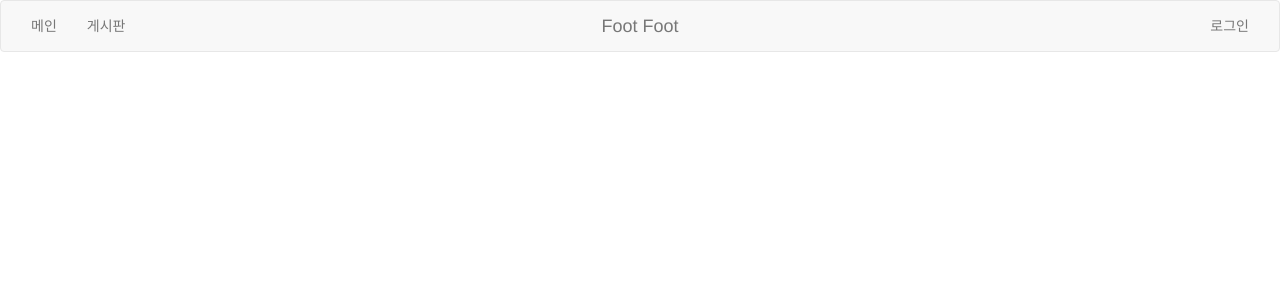
Repository: YuJunHa1/footfoot
Page: http://localhost/footfoot/main.jsp
These files come from the project's save history. The page is drawn as it stood at one moment and after the next save; the edit follows.
The browser window is 1280 px wide. The pictures show the whole page.
Some web libraries are served in a nearby version. The page is served by Tomcat 9.

Above is the page before, as saved 2024-10-05 07:20:14.

After the next save:
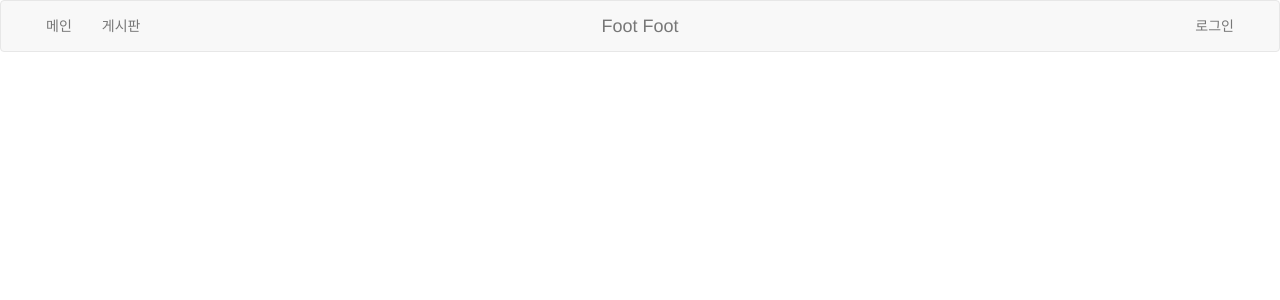
Saved 7 min 30 s later.
--- a/footfoot/src/main/webapp/main.jsp
+++ b/footfoot/src/main/webapp/main.jsp
@@ -16,6 +16,8 @@
   .navbar-nav {
     margin-left: auto;
     margin-right: auto;
+    margin-left: 15px;
+    margin-right: 15px;
   }
 </style>
 </head>
